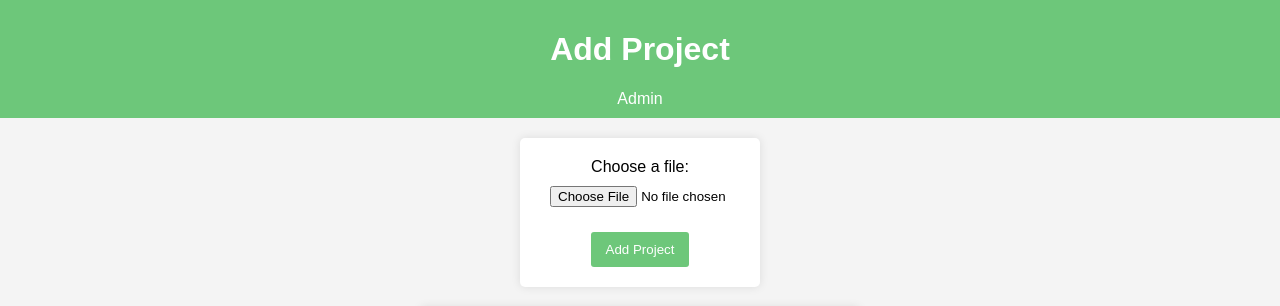
Repository: Tanmay-Kayande/Myportfolio
Page: http://localhost/myproject/project.jsp
An editor plug-in stored every save of this project. The page is shown before and after the next save, followed by the edit.
The browser window is 1280 px wide. The pictures show the whole page.
The page is served by Tomcat 9. The session is filled in as if someone had signed in: {"login": "exist"}.

Above is the page before, as saved 2024-01-24 10:57:54.

After the next save:
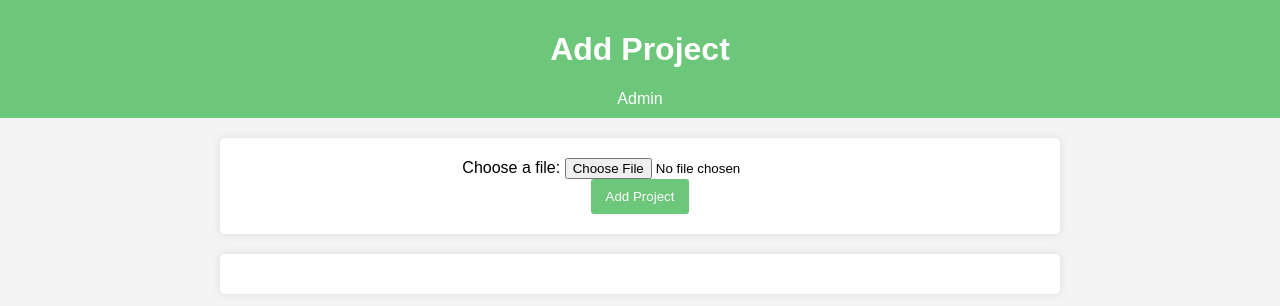
Saved 105 s later.
--- a/myproject/src/main/webapp/project.jsp
+++ b/myproject/src/main/webapp/project.jsp
@@ -33,7 +33,7 @@ if (value == null) {
         }
 
         .add-project {
-            max-width: 200px;
+            max-width: 800px;
             margin: 20px auto;
             background-color: #fff;
             padding: 20px;
@@ -43,7 +43,7 @@ if (value == null) {
         }
 
         .read-projects {
-            max-width: 400px;
+            max-width: 800px;
             margin: 20px auto;
             background-color: #fff;
             padding: 20px;
@@ -52,11 +52,28 @@ if (value == null) {
             text-align: center;
         }
 
-        input {
-            width: 100%;
-            padding: 10px;
-            margin-bottom: 15px;
-            box-sizing: border-box;
+        .project-list {
+            display: flex;
+            flex-wrap: wrap;
+            justify-content: space-around;
+        }
+
+        .project-item {
+            width: 48%; /* Adjust the width as needed */
+            margin-bottom: 20px;
+        }
+
+        .project-item img {
+            max-width: 100%;
+            height: auto;
+            border-radius: 5px;
+            box-shadow: 0 0 5px rgba(0, 0, 0, 0.1);
+        }
+
+        .project-item form {
+            display: flex;
+            justify-content: space-between;
+            margin-top: 10px;
         }
 
         button {
@@ -66,17 +83,6 @@ if (value == null) {
             border: none;
             border-radius: 3px;
             cursor: pointer;
-        }
-
-        .project-item {
-            margin-bottom: 20px;
-        }
-
-        .project-item img {
-            max-width: 100%;
-            height: auto;
-            border-radius: 5px;
-            box-shadow: 0 0 5px rgba(0, 0, 0, 0.1);
         }
 
         #message-container {
@@ -101,7 +107,7 @@ if (value == null) {
 
     <!-- Read Project Section -->
     <div class="read-projects">
-        <div id="project-list">
+        <div class="project-list">
             <%
                 ArrayList<Object> al = new ProjectDao().read();
                 for(Object o:al){
